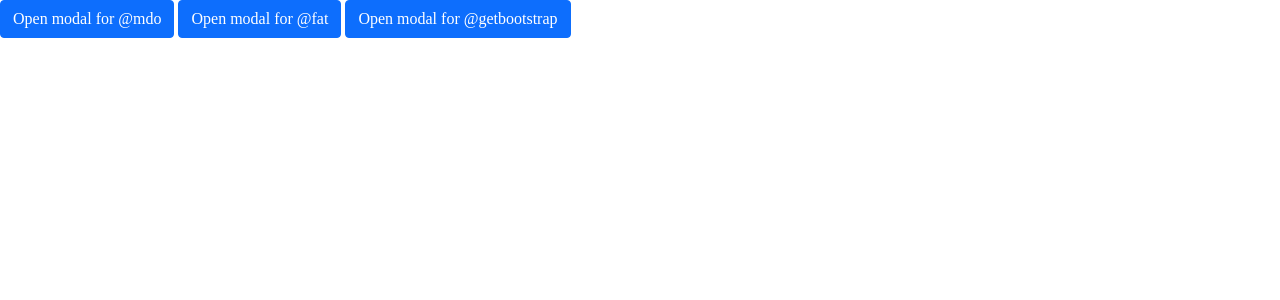
Repository: eogus0512/Quiz_WebProject
Page: http://localhost/Quiz_WebProject/test.jsp
An editor plug-in stored every save of this project. The page is shown before and after the next save, followed by the edit.
The browser window is 1280 px wide. The pictures show the whole page.
Some web fonts or font styles are not loaded; a fallback is used. The page is served by Tomcat 9. Other server files are loaded and not shown.

Above is the page before, as saved 2021-12-11 09:36:50.

### Quiz_WebProject/WebContent/test.jsp
<%@ page language="java" contentType="text/html;charset=UTF-8" pageEncoding="UTF-8" %>
<%@ page import="java.io.PrintWriter"%>
<%@ page import = "question.*" %>
<%@ page import = "java.util.ArrayList" %>
<!DOCTYPE html>
<html>
<head>
	    <link rel="stylesheet" href="./css/bootstrap.min.css">
    <link rel="stylesheet" href="./css/custom.css">
    <link rel="icon" href="./img/favicon.png">
    <meta http-equiv="Content-Type" content="text/html"; charset="UTF-8">
    <meta name="viewport" content="width=device-width, initial-scale=1, shrink-to-fit=no">
    <title>동퀴콘</title>
</head>
<body>
<button type="button" class="btn btn-primary" data-bs-toggle="modal" data-bs-target="#exampleModal" data-bs-whatever="@mdo">Open modal for @mdo</button>
<button type="button" class="btn btn-primary" data-bs-toggle="modal" data-bs-target="#exampleModal" data-bs-whatever="@fat">Open modal for @fat</button>
<button type="button" class="btn btn-primary" data-bs-toggle="modal" data-bs-target="#exampleModal" data-bs-whatever="@getbootstrap">Open modal for @getbootstrap</button>

<div class="modal fade" id="exampleModal" tabindex="-1" aria-labelledby="exampleModalLabel" aria-hidden="true">
  <div class="modal-dialog">
    <div class="modal-content">
      <div class="modal-header">
        <h5 class="modal-title" id="exampleModalLabel">New message</h5>
        <button type="button" class="btn-close" data-bs-dismiss="modal" aria-label="Close"></button>
      </div>
      <div class="modal-body">
        <form>
          <div class="mb-3">
            <label for="recipient-name" class="col-form-label">Recipient:</label>
            <input type="text" class="form-control" id="recipient-name">
          </div>
          <div class="mb-3">
            <label for="message-text" class="col-form-label">Message:</label>
            <textarea class="form-control" id="message-text"></textarea>
          </div>
        </form>
      </div>
      <div class="modal-footer">
        <button type="button" class="btn btn-secondary" data-bs-dismiss="modal">Close</button>
        <button type="button" class="btn btn-primary">Send message</button>
      </div>
    </div>
  </div>
</div>
</body>
</html>

### Quiz_WebProject/WebContent/css/custom.css
@import url(https://fonts.googleapis.com/earlyaccess/nanumgothic.css);
.navbar-brand, h1, h2, h3, h4 {
    font-family: 'Nanum Gothic';
}
h5 {
    font-family: 'Nanum Gothic';
    font-size: 18px;
}
body {
    font-family: 'Nanum Gothic';
}

Loaded but not shown: Quiz_WebProject/WebContent/css/bootstrap.min.css (library)

After the next save:
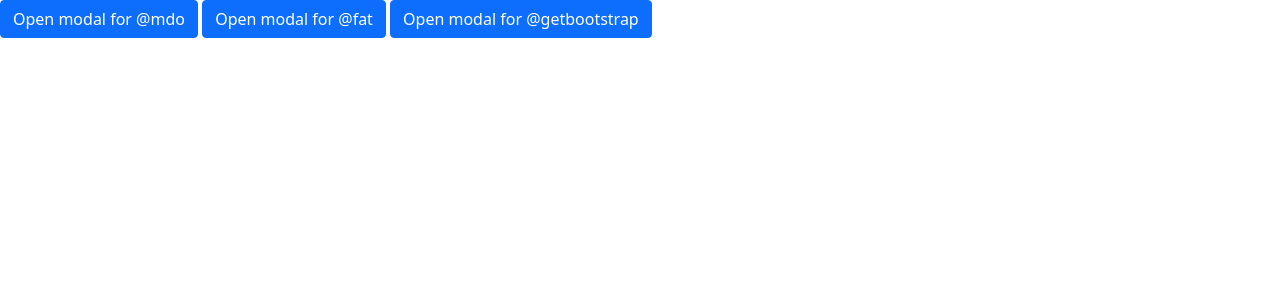
Saved 13 s later.
--- a/Quiz_WebProject/WebContent/test.jsp
+++ b/Quiz_WebProject/WebContent/test.jsp
@@ -6,7 +6,6 @@
 <html>
 <head>
 	    <link rel="stylesheet" href="./css/bootstrap.min.css">
-    <link rel="stylesheet" href="./css/custom.css">
     <link rel="icon" href="./img/favicon.png">
     <meta http-equiv="Content-Type" content="text/html"; charset="UTF-8">
     <meta name="viewport" content="width=device-width, initial-scale=1, shrink-to-fit=no">
